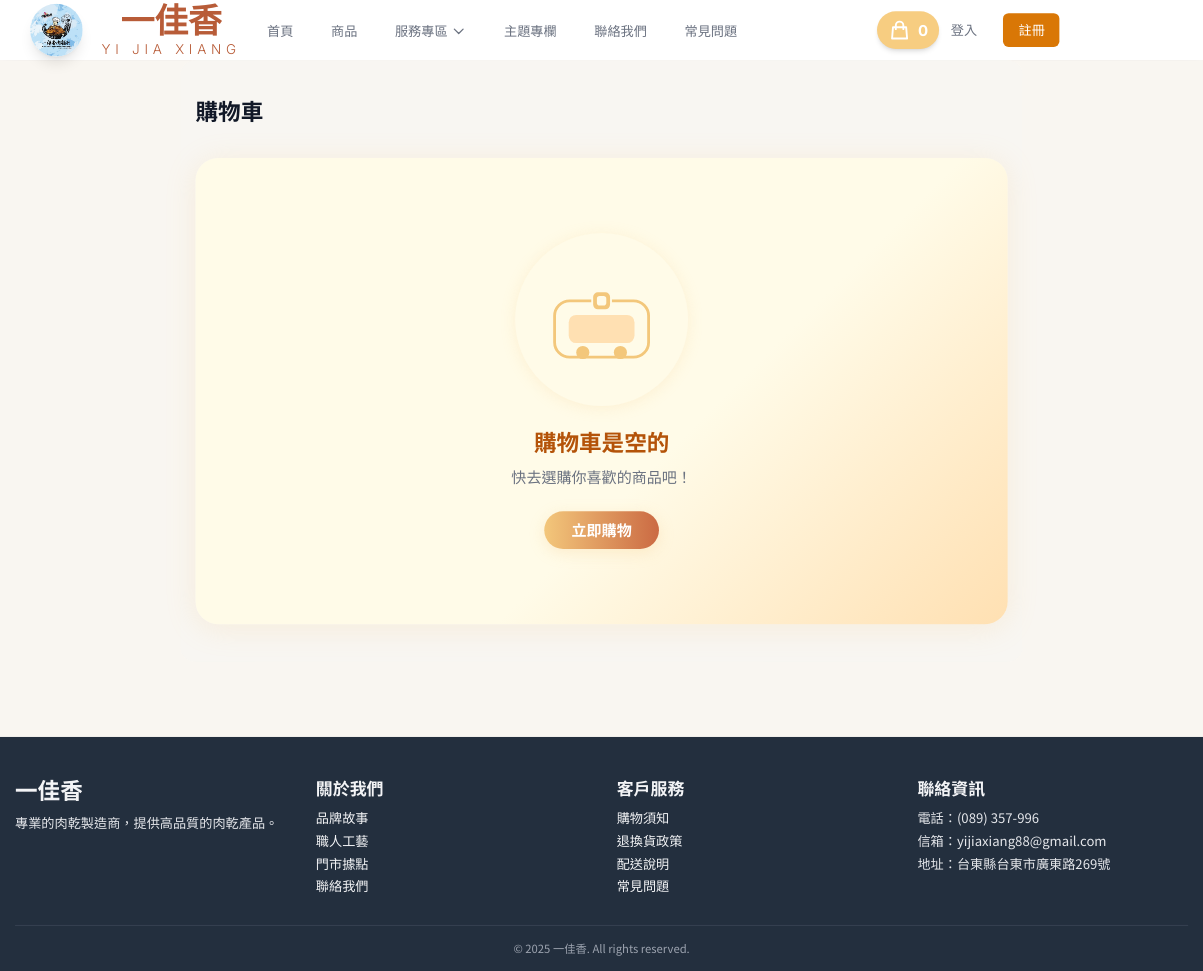
Repository: jack74387/YI-JIA-XIANG
Page: /cart (app in frontend/)
These files come from the project's save history. The page is drawn as it stood at one moment and after the next save; the edit follows.
The browser window is 1280 px wide. The pictures show the whole page, at 94% of full size.
The page's requests for data from a server got no answer. The project was rebuilt for these pictures with package versions that can differ from the ones it lists, and the page was loaded fresh each time. No one was signed in, and anything a server would have sent is missing. Also part of the build but not shown: frontend/vite.config.ts, frontend/src/components/ArticleBlock.vue, frontend/src/views/HomeView.vue, frontend/src/components/ProductImageGallery.vue, frontend/src/components/ProductInfo.vue, frontend/src/components/ProductTabs.vue, frontend/src/components/ProductAddToCartModal.vue, frontend/src/views/ProductDetailView.vue and 1 more.

Above is the page before, as saved 2025-08-14 08:22:05.

After the next save:
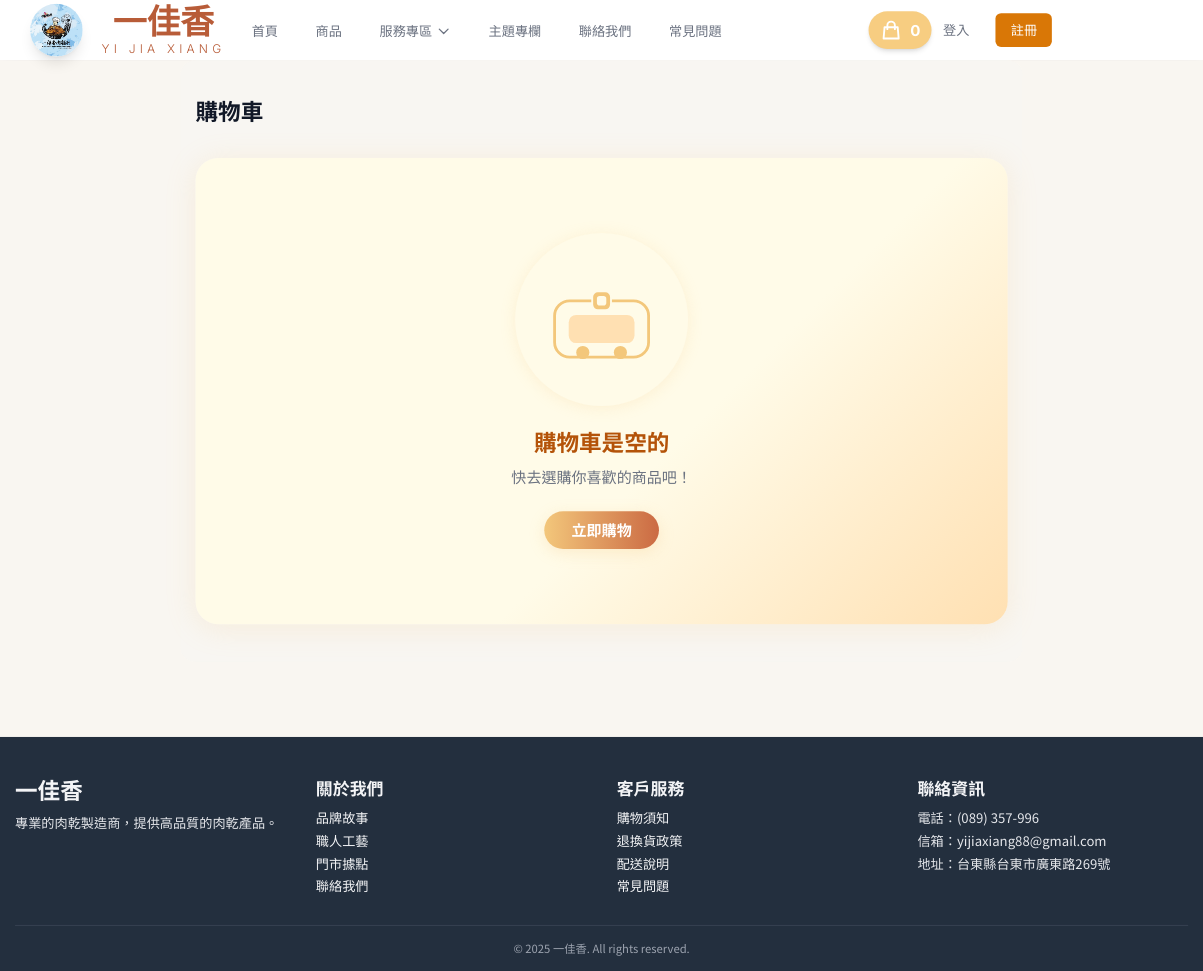
Saved 11 s later.
--- a/frontend/src/components/Navigation.vue
+++ b/frontend/src/components/Navigation.vue
@@ -11,7 +11,7 @@
                 style="font-family: 'Noto Serif TC', 'Microsoft JhengHei', '微軟正黑體', serif; color: #b85c38; line-height: 1;"
               >一佳香</span>
               <span
-                class="text-[0.9rem] font-light uppercase tracking-[0.35em] mt-1"
+                class="text-[0.8rem] font-light uppercase tracking-[0.35em] mt-1"
                 style="color: #b85c38; letter-spacing: 0.35em; line-height: 1;"
               >YI JIA XIANG</span>
             </div>
